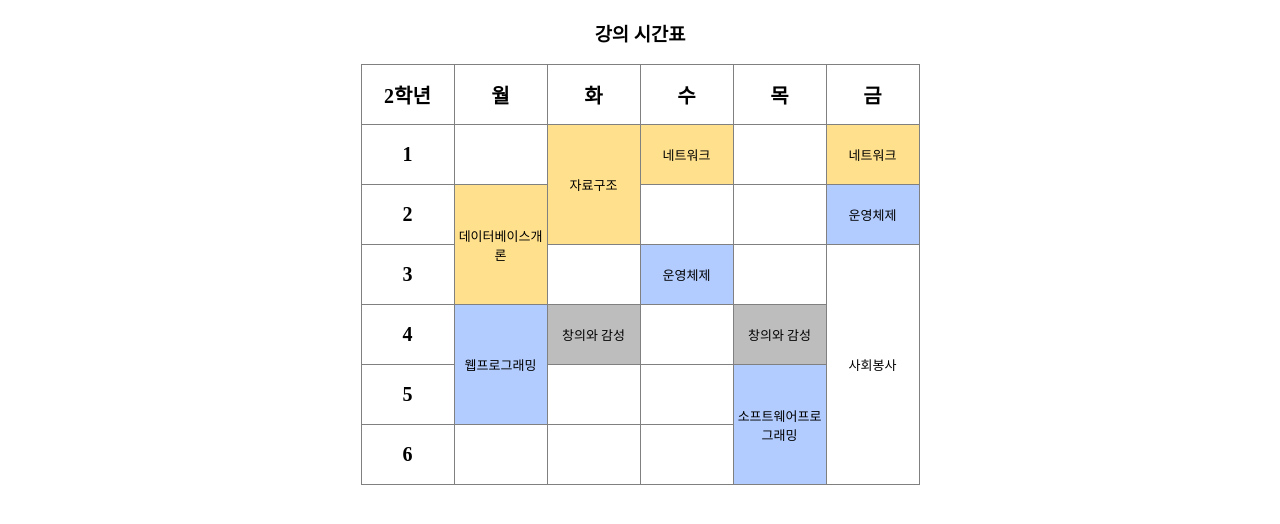
Repository: gyungmean/2020_2_webProgramming
Page: week2/week2/WebContent/Practice01/Practice01.html
These files come from the project's save history. The page is drawn as it stood at one moment and after the next save; the edit follows.
The browser window is 1280 px wide. The pictures show the whole page.

Above is the page before, as saved 2020-09-14 08:49:20.

### week2/week2/WebContent/Practice01/Practice01.html
<!-- 컴퓨터학과 20190941 김경민 -->
<!-- 최적 실행화면 : Chrome browser -->
<!DOCTYPE html>
<html>
	<head>
		<title>컴퓨터학과 2학년 시간표</title>
		<style>
		table{
			border-collapse: collapse;
		}
		td{
			width: 90px;
			text-align: center;
		}
		td.yellow{
			background-color: #FFE08C;
		}
		td.blue{
			background-color: #B2CCFF;
		}
		td.gray{
			background-color: #BDBDBD;
		}
		tr{
			font-size: 13px;
			height: 60px;
		}
		th{
			width: 90px;
			font-size: 20px;
		}

		</style>
	</head>
	<body>
		<div align="center">
		<h3>강의 시간표</h3>
			<table border="1px">
				<tr class= title>
					<th>2학년</th>
					<th>월</th>
					<th>화</th>
					<th>수</th>
					<th>목</th>
					<th>금</th>
				</tr>
				<tr>
					<th>1</th>
					<td></td>
					<td rowspan= "2" class= yellow>자료구조</td>
					<td class= yellow>네트워크</td>
					<td></td>
					<td class= yellow>네트워크</td>
				</tr>
				<tr>
					<th>2</th>
					<td rowspan= "2" class= yellow>데이터베이스개론</td>
					<td></td>
					<td></td>
					<td class= blue>운영체제</td>
				</tr>
				<tr>
					<th>3</th>
					<td></td>
					<td class= blue>운영체제</td>
					<td></td>
					<td rowspan= "4">사회봉사</td>
				</tr>
				<tr>
					<th>4</th>
					<td rowspan= "2" class= blue>웹프로그래밍</td>
					<td class=gray>창의와 감성</td>
					<td></td>
					<td class=gray>창의와 감성</td>
				</tr>
				<tr>
					<th>5</th>
					<td></td>
					<td></td>
					<td rowspan= "2" class= blue>소프트웨어프로그래밍</td>
				</tr>
				<tr>
					<th>6</th>
					<td></td>
					<td></td>
					<td></td>
				</tr>
			</table>
		</div>
	</body>
</html>

After the next save:
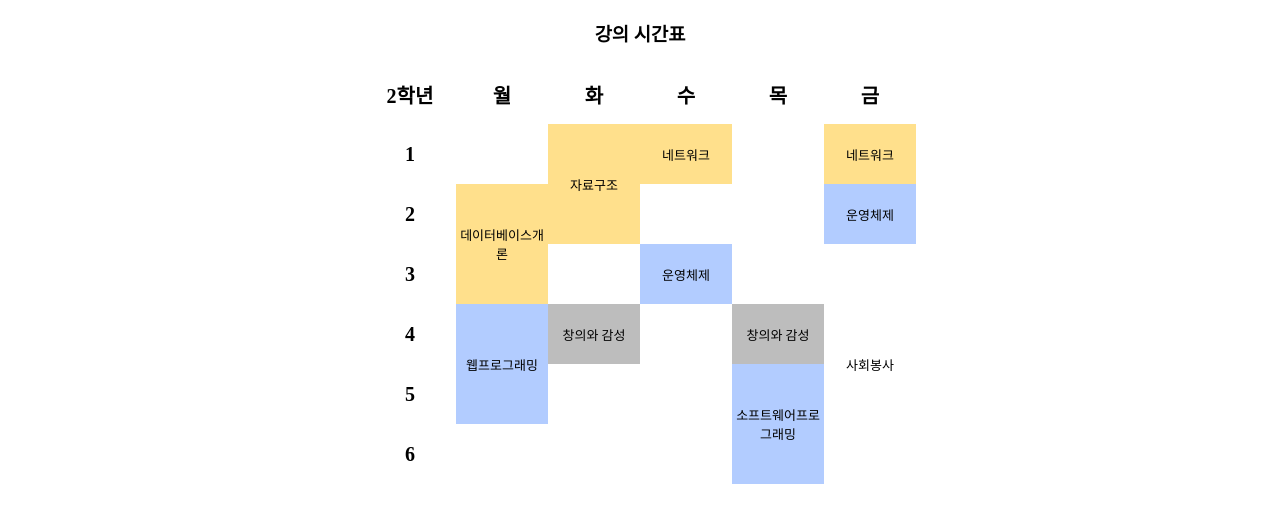
Saved 22 h 31 min later.
--- a/week2/week2/WebContent/Practice01/Practice01.html
+++ b/week2/week2/WebContent/Practice01/Practice01.html
@@ -35,7 +35,7 @@
 	<body>
 		<div align="center">
 		<h3>강의 시간표</h3>
-			<table border="1px">
+			<table>
 				<tr class= title>
 					<th>2학년</th>
 					<th>월</th>
